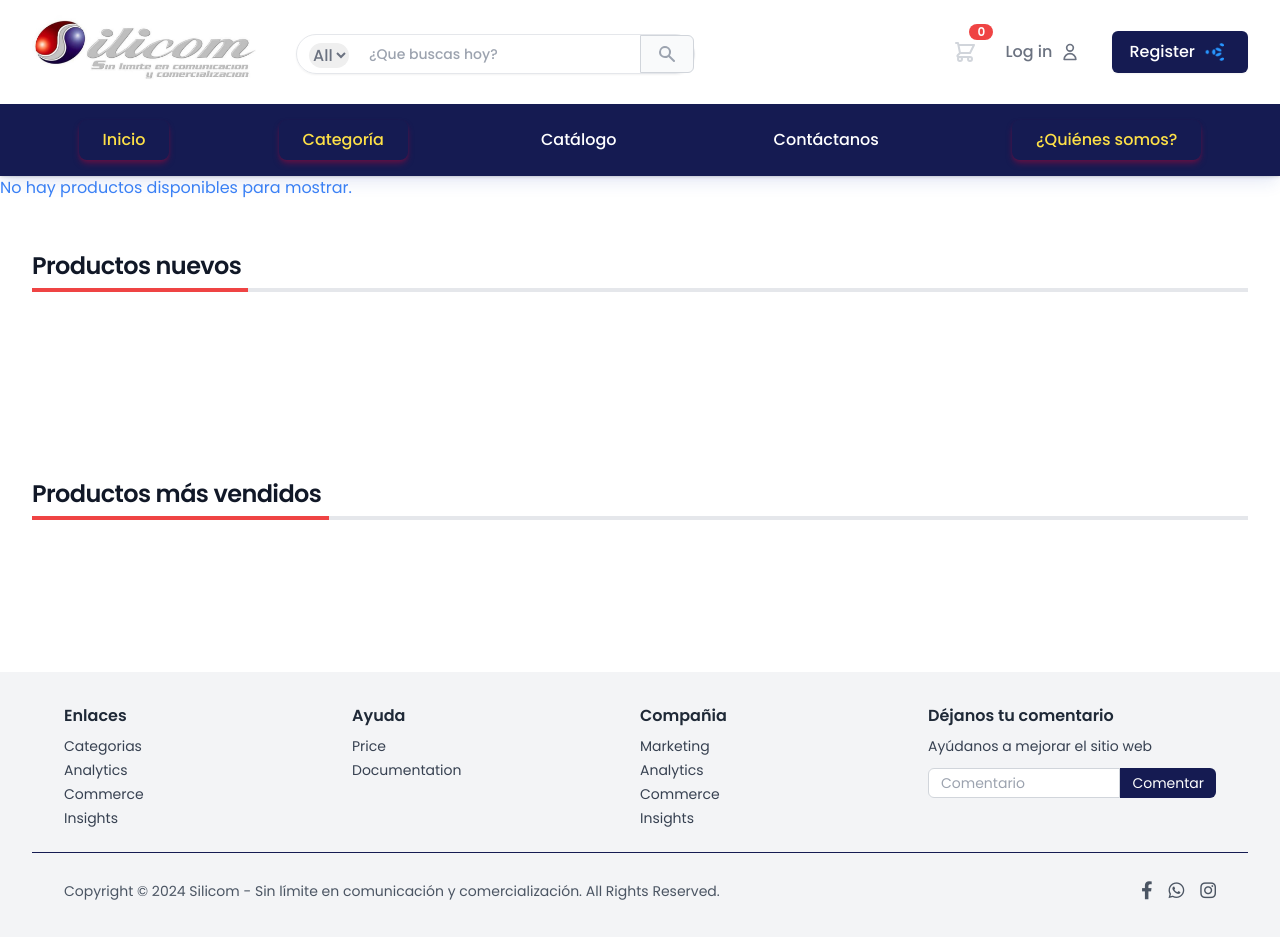
Repository: Francovg18/ecommerce
Page: /
An editor plug-in stored every save of this project. The page is shown before and after the next save, followed by the edit.
The browser window is 1280 px wide. The pictures show the whole page.
The page's requests for data from a server got no answer. The project was rebuilt for these pictures with package versions that can differ from the ones it lists, and the page was loaded fresh each time. No one was signed in, and anything a server would have sent is missing. Also part of the build but not shown: src/contenedores/errors/Error404.jsx, src/contenedores/auth/Signup.js, src/contenedores/auth/Login.js, src/contenedores/auth/Activate.js, src/contenedores/auth/ResetPassword.js, src/contenedores/auth/ResetPasswordConfirm.js, src/componentes/product/ProductCard.js, src/helpers/fixedPrices.js and 27 more.

Above is the page before, as saved 2025-01-18 00:11:08.

After the next save:
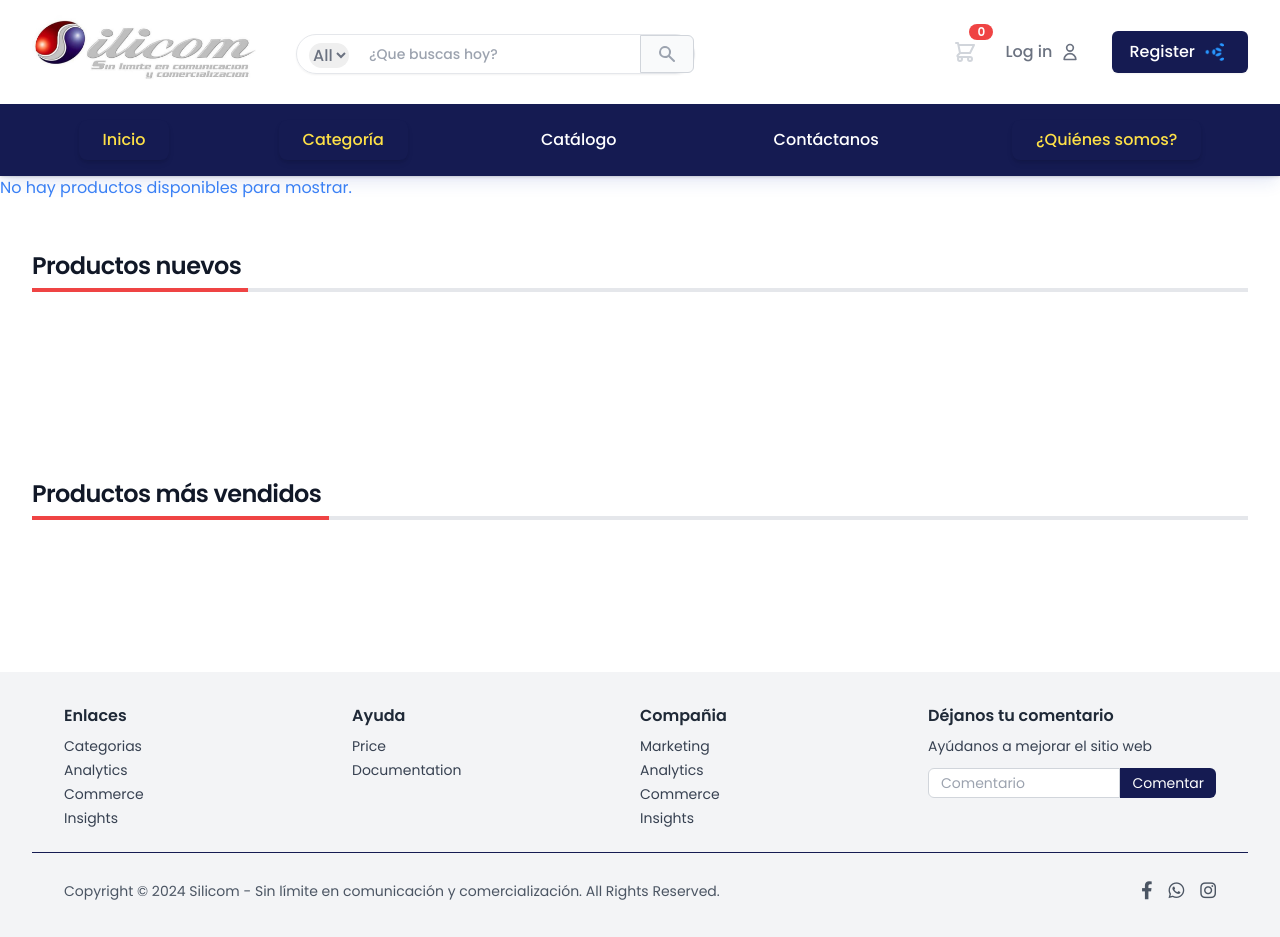
Saved 31 s later.
--- a/src/componentes/navegacion/Navbar.js
+++ b/src/componentes/navegacion/Navbar.js
@@ -215,7 +215,7 @@
           to={item.to}
           className={({ isActive }) =>
             `relative text-base font-medium transition-all duration-300 ease-in-out px-6 py-2
-            rounded-lg group ${isActive ? "bg-midnight-blue shadow-md shadow-royal-purple/100 text-yellow-300" : "hover:bg-purple-night/70 hover:text-crimson-red"}`
+            rounded-lg group ${isActive ? "bg-midnight-blue shadow-md  text-yellow-300" : "hover:bg-purple-night/70 hover:text-crimson-red"}`
           }
         >
           <span className="absolute inset-y-0 left-0 flex items-center -translate-x-4 opacity-0 transition-all duration-300 group-hover:translate-x-0 group-hover:opacity-100">

After the save that followed:
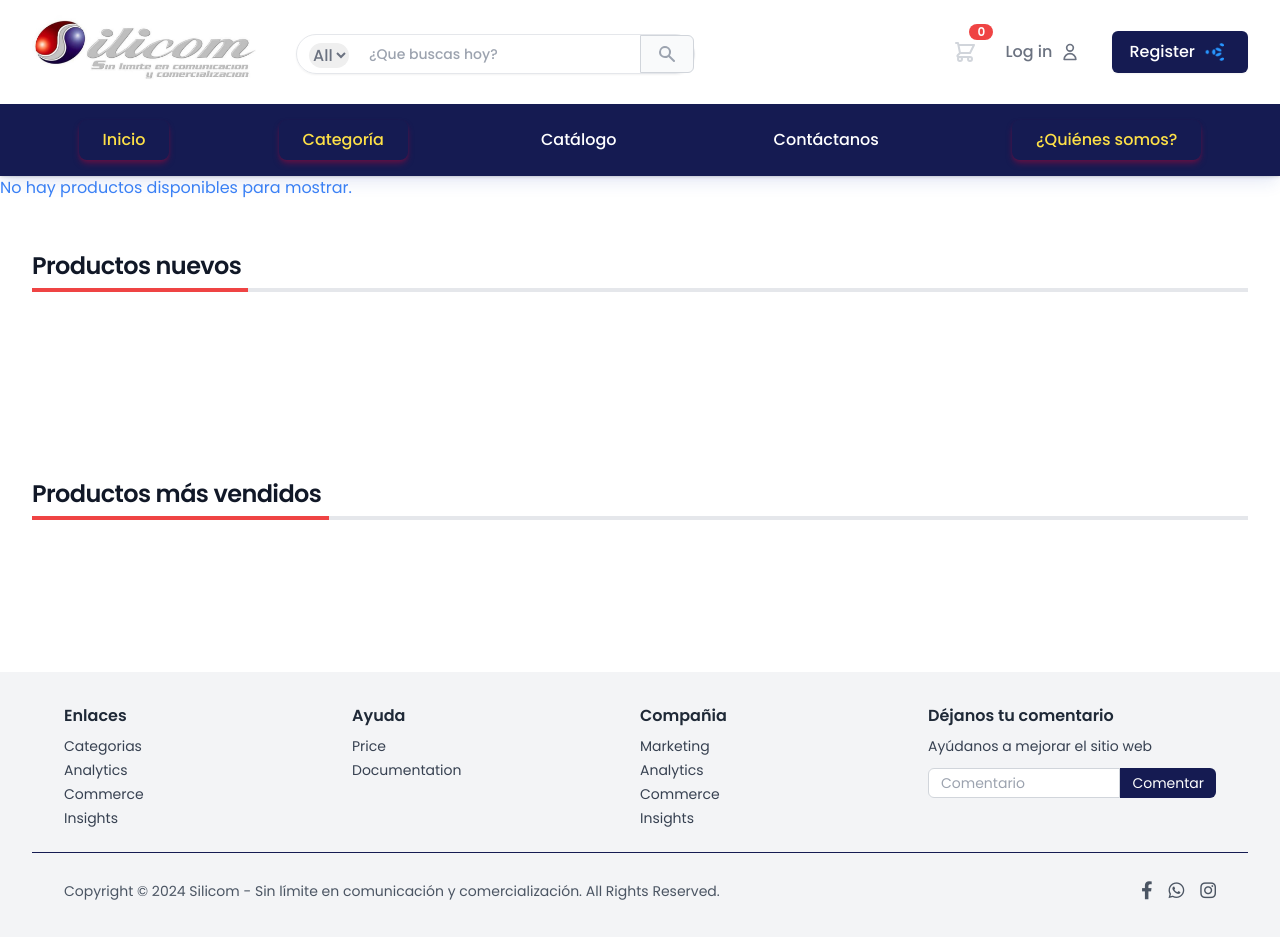
Saved 15 s later.
--- a/src/componentes/navegacion/Navbar.js
+++ b/src/componentes/navegacion/Navbar.js
@@ -215,7 +215,7 @@
           to={item.to}
           className={({ isActive }) =>
             `relative text-base font-medium transition-all duration-300 ease-in-out px-6 py-2
-            rounded-lg group ${isActive ? "bg-midnight-blue shadow-md  text-yellow-300" : "hover:bg-purple-night/70 hover:text-crimson-red"}`
+            rounded-lg group ${isActive ? "bg-midnight-blue shadow-md shadow-royal-purple/100 text-yellow-300" : "hover:bg-purple-night/70 hover:text-crimson-red"}`
           }
         >
           <span className="absolute inset-y-0 left-0 flex items-center -translate-x-4 opacity-0 transition-all duration-300 group-hover:translate-x-0 group-hover:opacity-100">
